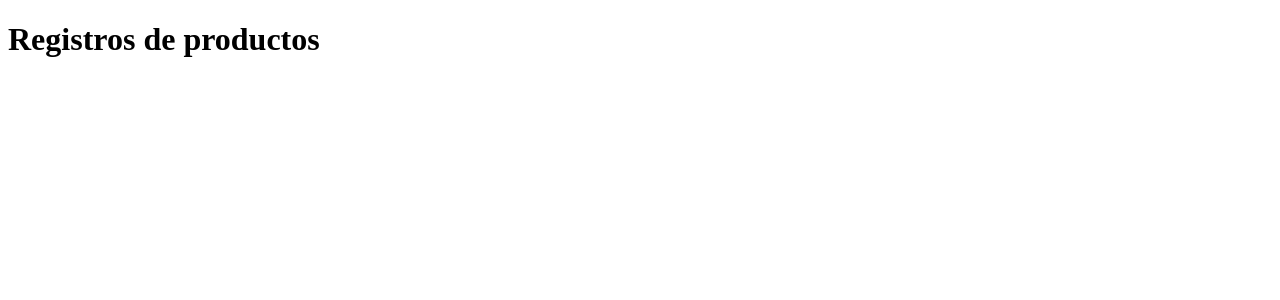
Repository: davidgit20/Examen_JPA
Page: http://localhost/examen_CL2/RegistroProducto.jsp
The author's editor kept a copy of each file at every save. The page is drawn from the files as they stood at one save, then again after the next save.
The browser window is 1280 px wide. The pictures show the whole page.
The page is served by Tomcat 9. Other server files are loaded and not shown.

Above is the page before, as saved 2023-10-24 23:21:54.

### examen_CL2/src/main/webapp/RegistroProducto.jsp
<%@ page language="java" contentType="text/html; charset=ISO-8859-1"
    pageEncoding="ISO-8859-1"%>
<!DOCTYPE html PUBLIC "-//W3C//DTD HTML 4.01 Transitional//EN" "http://www.w3.org/TR/html4/loose.dtd">
<html>
<head>
<meta http-equiv="Content-Type" content="text/html; charset=ISO-8859-1">
<title>Productos</title>
</head>
<body>
<h1>Registros de productos</h1>

</body>
</html>

After the next save:
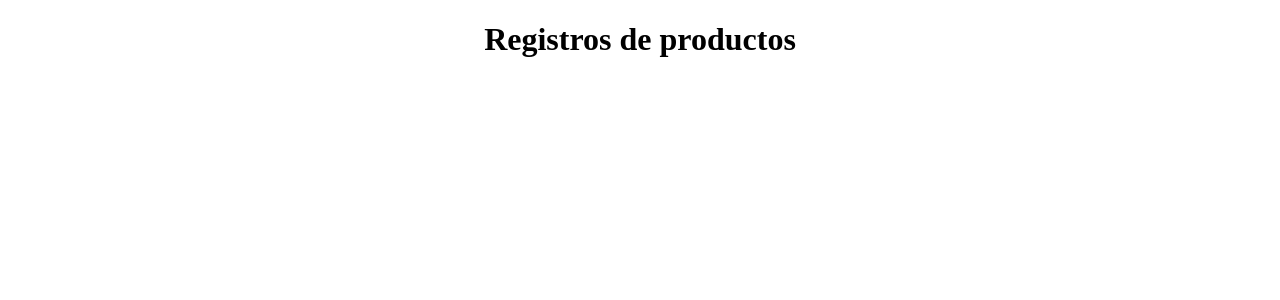
Saved 8 s later.
--- a/examen_CL2/src/main/webapp/RegistroProducto.jsp
+++ b/examen_CL2/src/main/webapp/RegistroProducto.jsp
@@ -7,7 +7,7 @@
 <title>Productos</title>
 </head>
 <body>
-<h1>Registros de productos</h1>
+<h1 align="center">Registros de productos</h1>
 
 </body>
 </html>
